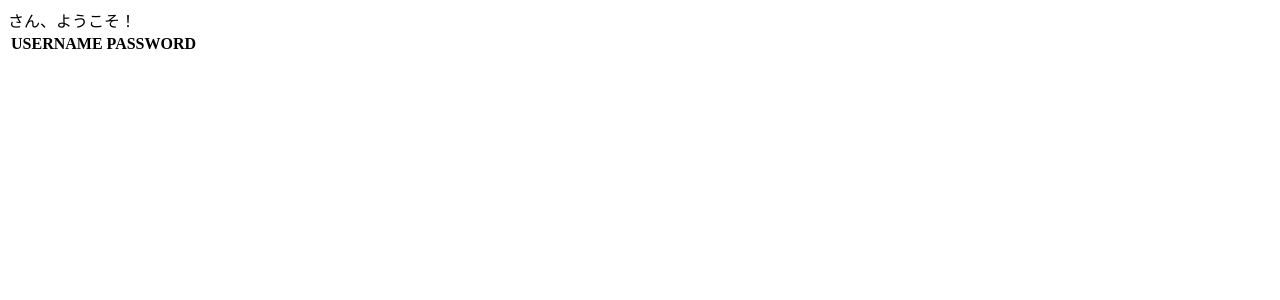
Repository: teru1236/test
Page: http://localhost/WebproJ4/login.jsp
These files come from the project's save history. The page is drawn as it stood at one moment and after the next save; the edit follows.
The browser window is 1280 px wide. The pictures show the whole page.
The page is served by Tomcat 9. Other server files are loaded and not shown.

Above is the page before, as saved 2018-03-05 01:22:27.

### WebproJ4/WebContent/login.jsp
<%@ page language="java" contentType="text/html; charset=UTF-8"
    pageEncoding="UTF-8"%>
<%@ taglib prefix="s" uri="/struts-tags" %>
<!DOCTYPE>
<html>
<head>
<meta charset="UTF-8">
<link rel ="stylesheet.css" type = "text/css" href= ".css/style.css">
<title>LOGIN</title>
</head>
<body>

	<s:property value = "LoginDTOList.get(0).username"/>さん、ようこそ！
	<br>

	<table>
	<tbody>
	<tr>
		<th>USERNAME</th>
		<th>PASSWORD</th>
	</tr>
	<tr>
	<s:iterator value = "liginDTOList">
		<td><s:property value = "username"/></td>
		<td><s:property value = "password"/></td>
	</s:iterator>
	</tr>
	</tbody>
	</table>
</body>
</html>

### WebproJ4/WebContent/css/style.css
@CHARSET "UTF-8";
table {
width: auto;
border-spacing: 0;
font-size:14px;
}
table th {
color: #fff;
padding: 8px 15px;
background: #258;
background:-moz-linear-gradient(rgba(34,85,136,0.7), rgba(34,85,136,0.9) 50%);
background:-webkit-gradient(linear, 100% 0%, 100% 50%, from(rgba(34,85,136,0.7)), to(rgba(34,85,136,0.9)));
font-weight: bold;
border-left:1px solid #258;
border-top:1px solid #258;
border-bottom:1px solid #258;
line-height: 120%;
text-align: center;
text-shadow:0 -1px 0 rgba(34,85,136,0.9);
box-shadow: 0px 1px 1px rgba(255,255,255,0.3) inset;
}
table th:first-child {
border-radius: 5px 0 0 0;
}
table th:last-child {

border-radius:0 5px 0 0;
border-right:1px solid #258;
box-shadow: 2px 2px 1px rgba(0,0,0,0.1),0px 1px 1px rgba(255,255,255,0.3) inset;
}
table tr td {
padding: 8px 15px;
border-bottom: 1px solid #84b2e0;
border-left: 1px solid #84b2e0;
text-align: center;
}
table tr td:last-child {
border-right: 1px solid #84b2e0;
box-shadow: 2px 2px 1px rgba(0,0,0,0.1);
}
table tr {
background: #fff;
}
table tr:nth-child(2n+1) {
background: #f1f6fc;
}
table tr:last-child td {
box-shadow: 2px 2px 1px rgba(0,0,0,0.1);
}
table tr:last-child td:first-child {
border-radius: 0 0 0 5px;
}
table tr:last-child td:last-child {
border-radius: 0 0 5px 0;
}
table tr:hover {
background: #bbd4ee;
cursor:pointer;
}

After the next save:
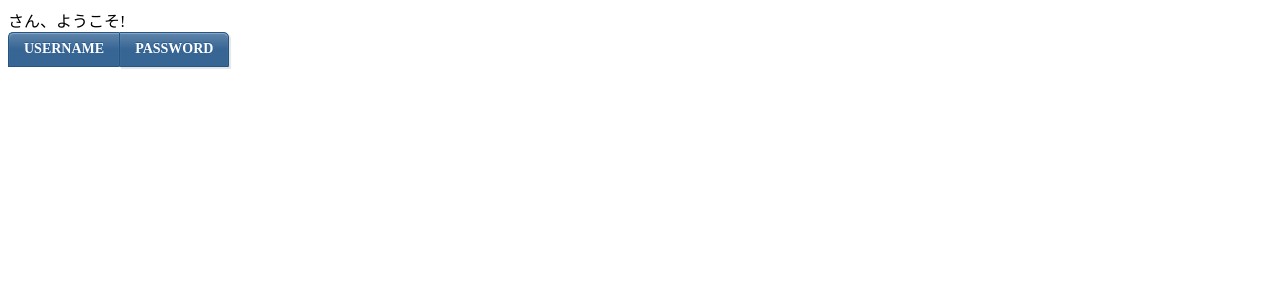
Saved 76 s later.
--- a/WebproJ4/WebContent/login.jsp
+++ b/WebproJ4/WebContent/login.jsp
@@ -1,28 +1,26 @@
-<%@ page language="java" contentType="text/html; charset=UTF-8"
-    pageEncoding="UTF-8"%>
+<%@ page language="java" contentType="text/html; charset=UTF-8" pageEncoding="UTF-8"%>
 <%@ taglib prefix="s" uri="/struts-tags" %>
-<!DOCTYPE>
+<!DOCTYPE html>
 <html>
 <head>
 <meta charset="UTF-8">
-<link rel ="stylesheet.css" type = "text/css" href= ".css/style.css">
+<link rel="stylesheet" type="text/css" href="./css/style.css">
 <title>LOGIN</title>
 </head>
 <body>
-
-	<s:property value = "LoginDTOList.get(0).username"/>さん、ようこそ！
+	<s:property value="LoginDTOList.get(0).username"/>さん、ようこそ!
 	<br>
-
 	<table>
 	<tbody>
 	<tr>
-		<th>USERNAME</th>
-		<th>PASSWORD</th>
+	<th>USERNAME</th>
+	<th>PASSWORD</th>
 	</tr>
+
 	<tr>
-	<s:iterator value = "liginDTOList">
-		<td><s:property value = "username"/></td>
-		<td><s:property value = "password"/></td>
+	<s:iterator value="loginDTOList">
+	<td><s:property value="username"/></td>
+	<td><s:property value="password"/></td>
 	</s:iterator>
 	</tr>
 	</tbody>
